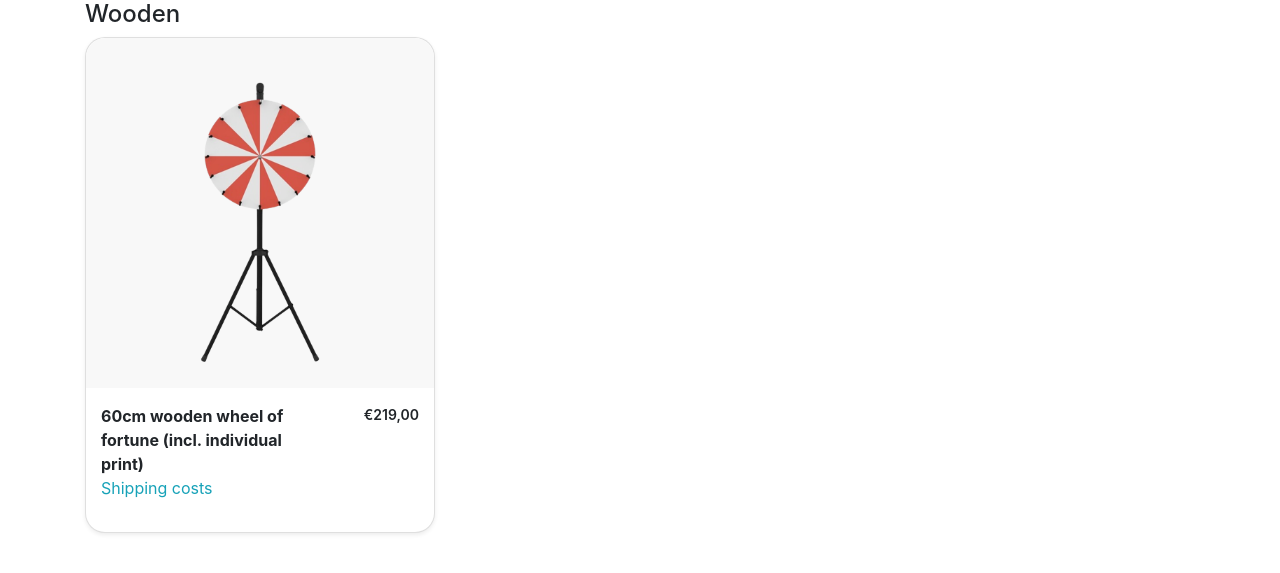
Repository: Awaisp-irfan/fahad-project
Page: wooden.html
An editor plug-in stored every save of this project. The page is shown before and after the next save, followed by the edit.
The browser window is 1280 px wide. The pictures show the whole page.

Above is the page before, as saved 2022-06-30 09:50:14.

After the next save:
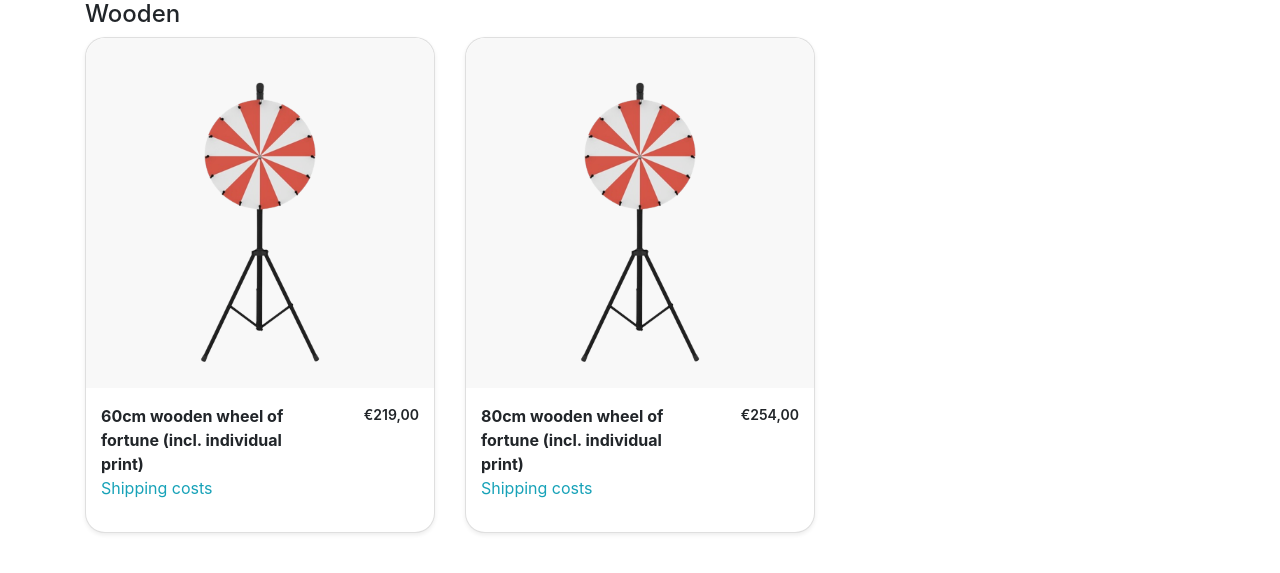
Saved 34 s later.
--- a/wooden.html
+++ b/wooden.html
@@ -40,6 +40,24 @@
                   </div>
                 </div>
               </div>
+
+              <div class="col-lg-4 col-md-6 col-12 mb-3 ">
+                <div class="card shadow-sm">
+                  <div class="img-div">
+                    <div class="cm60-img"></div>
+                  </div>
+                  <div class="cm60-content d-flex justify-content-between my-3">
+                    <div class="col-8">
+                      <p class="title">80cm wooden wheel of fortune (incl. individual print)</p>
+                      <p class="text-info">Shipping costs</p>
+                    </div>
+                    <div class="col-4 ">
+                      <p class="price">
+                          €254,00
+                    </p></div>
+                  </div>
+                </div>
+              </div>
         </div>
 
 
